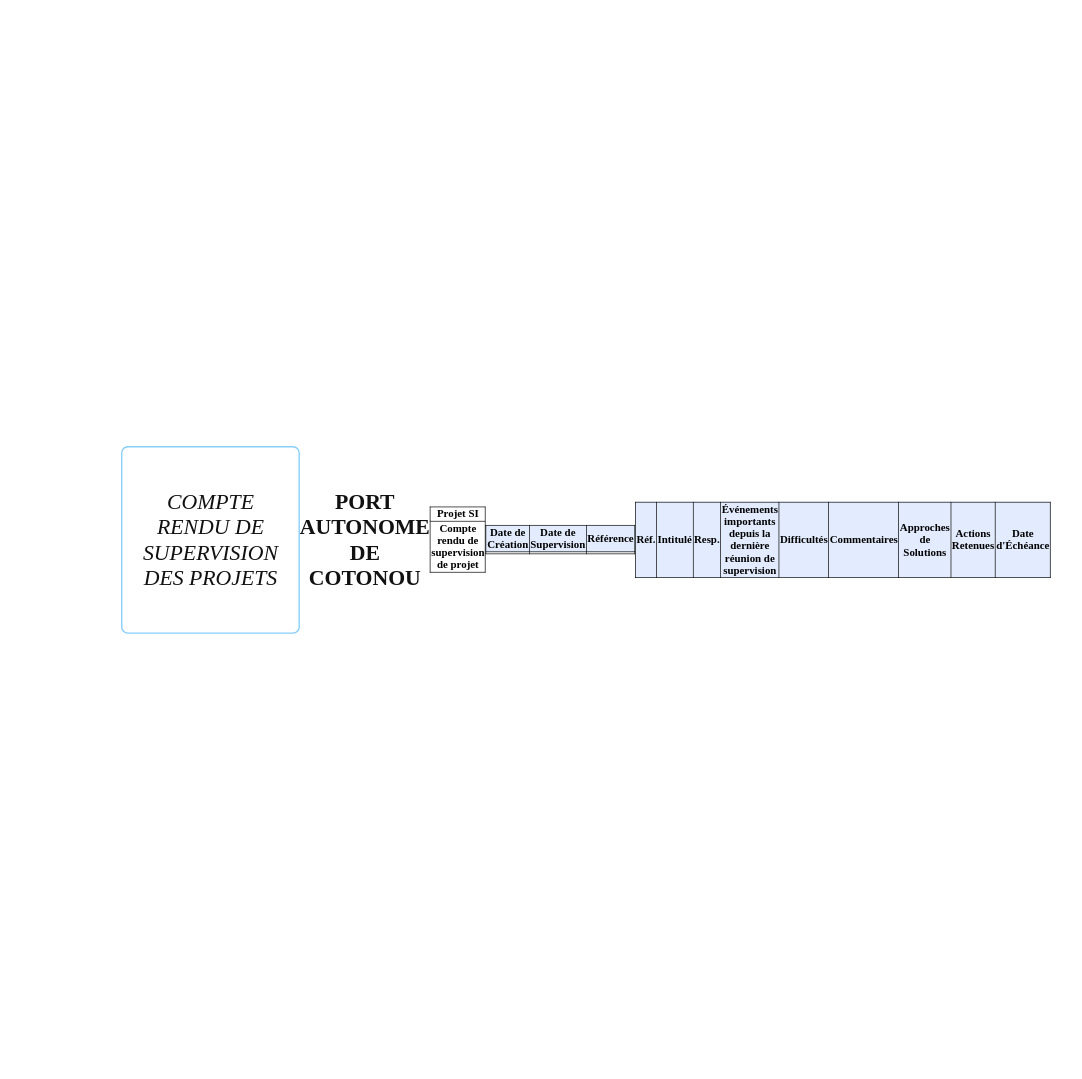
Repository: A2blackMZ/Project
Page: resources/views/report/seanceReport.blade.php
The author's editor kept a copy of each file at every save. The page is drawn from the files as they stood at one save, then again after the next save.
The browser window is 1280 px wide. The page is 1545 px wide, then 1591 px, so the pictures cover 1591 px, including what lies to the right of the window. The pictures show the whole page, at 68% of full size.
The page is served by the project's Laravel application, run on PHP 8.4 with Laravel 10. Other server files are loaded and not shown. The template is opened directly, without the code that normally fills it, so the values that code supplies are empty.

Above is the page before, as saved 2024-04-04 10:16:51.

### app/Http/Controllers/API/AuthController.php
<?php

namespace App\Http\Controllers\API;

use App\Http\Controllers\Controller;
use Illuminate\Http\Request;
use Illuminate\Support\Facades\Hash;
use Illuminate\Support\Facades\Auth;
use App\Models\User;

class AuthController extends Controller
{
    public function register(Request $request)
    {
        // Validez les données du formulaire d'inscription
        $request->validate([
            'name' => 'required|string',
            'email' => 'required|email|unique:users',
            'password' => 'required|string|min:8',
        ]);

        // Créez un nouvel utilisateur
        $user = new User([
            'name' => $request->input('name'),
            'email' => $request->input('email'),
            'password' => Hash::make($request->input('password')),
        ]);

        // Enregistrez l'utilisateur dans la base de données
        $user->save();

        // Générez un jeton d'accès pour l'utilisateur nouvellement inscrit
        $token = $user->createToken('MyAppToken')->accessToken;

        // Réponse avec le jeton d'accès et les informations de l'utilisateur
        return response()->json([
            'message' => 'Inscription réussie',
            'user' => $user,
            'access_token' => $token,
        ], 201); // Code de réponse 201 pour la création réussie
    }


    public function login(Request $request)
    {
        // Validez les données de connexion
        $request->validate([
            'email' => 'required|email',
            'password' => 'required|string',
        ]);

        // Tentez de connecter l'utilisateur
        if (Auth::attempt(['email' => $request->input('email'), 'password' => $request->input('password')])) {
            // Authentification réussie, générez un jeton d'accès pour l'utilisateur
            $user = Auth::user();
            $token = $user->createToken('MyAppToken')->accessToken;

            // Réponse avec le jeton d'accès et les informations de l'utilisateur
            return response()->json([
                'message' => 'Authentification réussie',
                'user' => $user,
                'access_token' => $token,
            ], 200); // Code de réponse 200 pour la réussite de l'authentification
        } else {
            // Échec de l'authentification
            return response()->json([
                'message' => 'Échec de l\'authentification',
            ], 401); // Code de réponse 401 pour l'échec de l'authentification
        }
    }

    public function user(Request $request)
    {
        return $request->user();
    }

    public function logout()
    {
        Auth::user()->tokens->each(function ($token, $key) {
            $token->delete();
        });

        return response()->json(['message' => 'Déconnexion réussie']);
    }

    public function getUser()
    {
        $user = Auth::user();

        return response()->json(['user' => $user]);
    }

    public function getUserInfo(Request $request)
    {
        $user = $request->user(); // Récupérez l'utilisateur à partir du jeton d'accès
        $userInfo = [
            'id' => $user->id,
            'name' => $user->name,
        ];

        return response()->json($userInfo);
    }
}

### routes/web.php
<?php

use App\Http\Controllers\SeanceController;
use Illuminate\Support\Facades\Route;

/*
|--------------------------------------------------------------------------
| Web Routes
|--------------------------------------------------------------------------
|
| Here is where you can register web routes for your application. These
| routes are loaded by the RouteServiceProvider and all of them will
| be assigned to the "web" middleware group. Make something great!
|
*/

Route::get('/', function () {
   return 'Je m\'appelle Shadrac';
    // return view('welcome');
});














Route::get('generate_pdf/{seanceId}', [SeanceController::class, 'generatePDF']);

Route::post('seances/{id}/generate-report', [SeanceController::class, 'generateReport']);

### resources/views/report/seanceReport.blade.php
<!DOCTYPE html>
<html lang="en">
<head>
    <meta charset="UTF-8">
    <title>Report de Séance</title>
    <style>
        .title-page {
            margin: 0;
            font-size: 2em; /* Taille du titre */
            text-align: center;
            color: #101110;
        }

        table {
            width: 100%;
            border-collapse: collapse;
        }
        table, th, td {
            border: 1px solid black;
        }
        th, td {
            border: 1px solid black;
            text-align: center;
        }
        th {
            background-color: #e2ecfe;
            font-weight: bold;
        }
        h1 {
            text-align: center;
            color: #101110;
        }

        body {
            margin: 0;
            display: flex;
            justify-content: center;
            align-items: center;
            height: 100vh;
            width: 380mm; /* Largeur A3 */
            height: 420mm; /* Hauteur A3 */
        }

        .card {
            width: 350px;
            padding: 30px;
            background-color: #ffffff;
            border: 2px solid #87CEFA;
            border-radius: 10px;
            margin-bottom: 350px;
            margin-top: 350px;
            margin-left: 20%;
        }


    </style>
</head>
<body>
    <div class="card">
        <div class="title-page">
            <p><em>COMPTE RENDU DE SUPERVISION DES PROJETS</em></p>
        </div>
    </div>

    <br><br>

    <h1>PORT AUTONOME DE COTONOU</h1>
    <br><br>
    <table>
        <tr color: #101110;>
            <td><strong>Projet SI</strong></td>
        </tr>
        <tr>
            <td><strong>Compte rendu de supervision de projet</strong></td>
        </tr>
    </table>

    <br><br>
    <table>
        <tr>
            <th>Date de Création</th>
            <th>Date de Supervision</th>
            <th>Référence</th>
        </tr>
        <tr>
            <td>{{ $seance->date_creation }}</td>
            <td>{{ $seance->date_supervision }}</td>
            <td>{{ $seance->reference }}</td>
        </tr>
    </table>

    <br><br>
    <table>
        <thead>
            <tr>
                <th>Réf.</th>
                <th>Intitulé</th>
                <th>Resp.</th>
                <th>Événements importants depuis la dernière réunion de supervision</th>
                <th>Difficultés</th>
                <th>Commentaires</th>
                <th>Approches de Solutions</th>
                <th>Actions Retenues</th>
                <th>Date d'Échéance</th>
            </tr>
        </thead>
        <tbody>
            @foreach($compteRendus as $index => $compteRendu)
                <tr>
                    @if ($index === 0)
                        <td rowspan="{{ count($compteRendus) }}">{{ $seance->reference }}</td>
                    @endif
                    <td>{{ $projets[$index]->nom }}</td>
                    <td>{{ $seance->nom_chef_projet }}</td>
                    <td>{!! $compteRendu->evenement !!}</td>
                    <td>{!! $compteRendu->difficultes !!}</td>
                    <td>{!! $compteRendu->commentaires !!}</td>
                    <td>{!! $compteRendu->approche_solution !!}</td>
                    <td>{!! $compteRendu->action_retenu !!}</td>
                    <td>{{ $compteRendu->date }}</td>
                </tr>
            @endforeach
        </tbody>
    </table>

</body>
</html>

Loaded but not shown: app/Http/Controllers/Controller.php (common file)

After the next save:
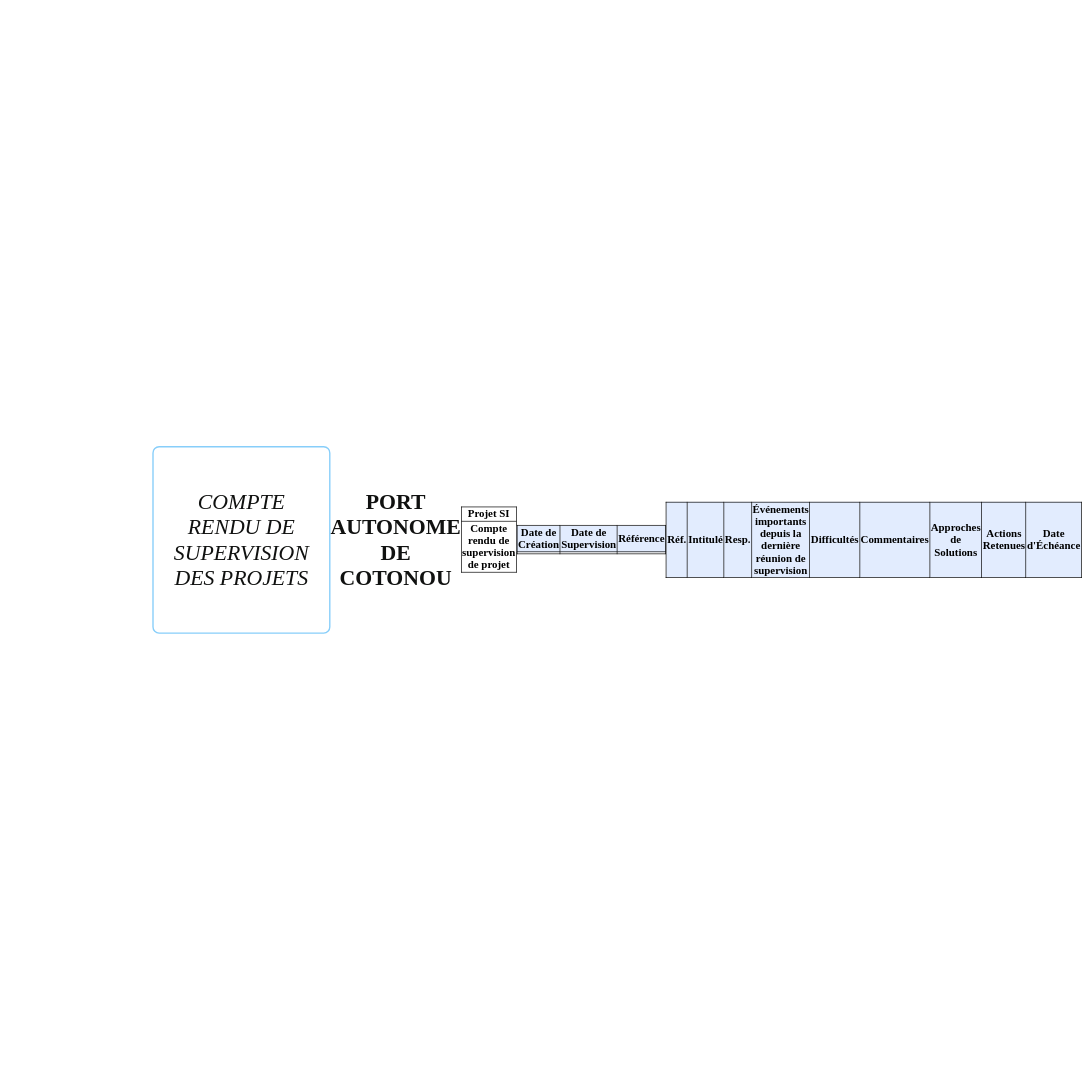
Saved 27 s later.
--- a/resources/views/report/seanceReport.blade.php
+++ b/resources/views/report/seanceReport.blade.php
@@ -37,7 +37,7 @@
             justify-content: center;
             align-items: center;
             height: 100vh;
-            width: 380mm; /* Largeur A3 */
+            width: 400mm; /* Largeur A3 */
             height: 420mm; /* Hauteur A3 */
         }
 
